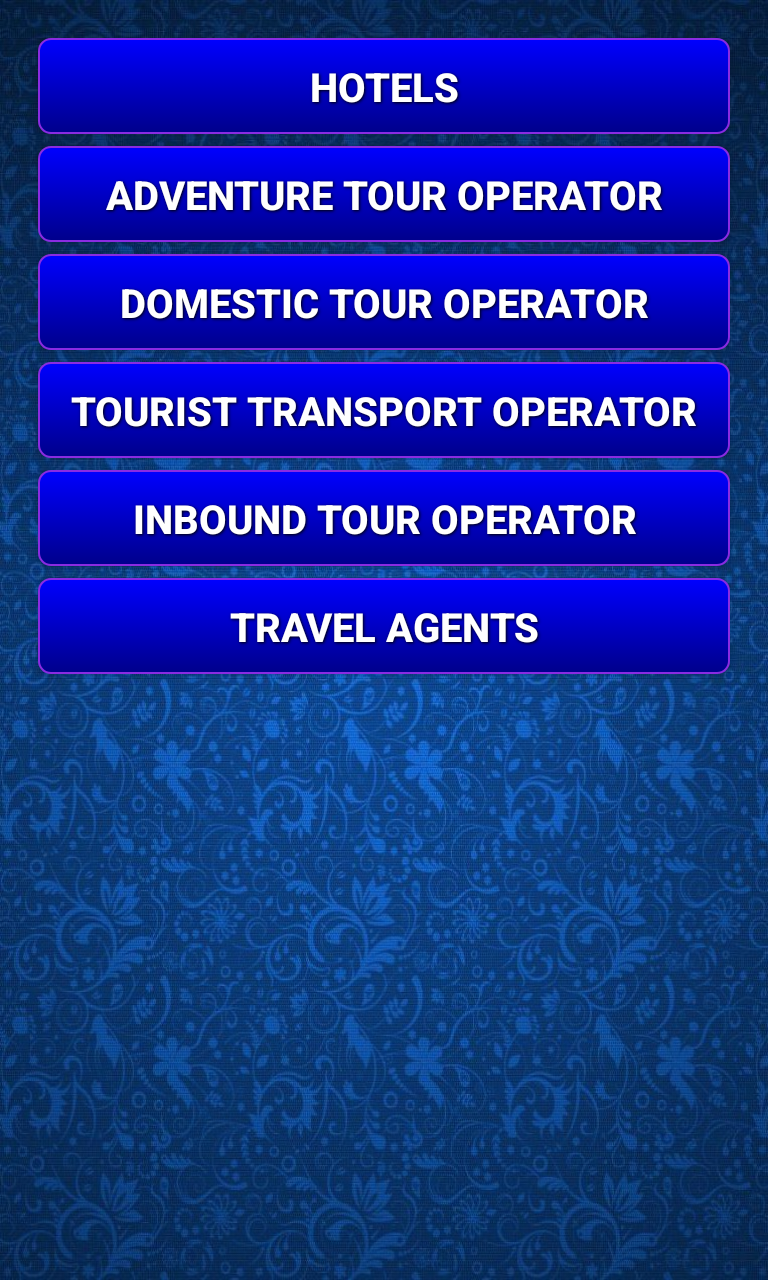
Repository: ayushshah/indsafari
Layout: Indian Safari/res/layout/activity_options_menu.xml
The author's editor kept a copy of each file at every save. The layout is drawn from the files as they stood at one save, then again after the next save.
It is drawn on a 768 x 1280 px phone screen (xhdpi) without system bars, with theme AppTheme; the app's code is not run.

Above is the layout before, as saved 2014-07-27 18:14:40.

### Indian Safari/res/layout/activity_options_menu.xml
<LinearLayout xmlns:android="http://schemas.android.com/apk/res/android"
    xmlns:tools="http://schemas.android.com/tools"
    android:layout_width="match_parent"
    android:layout_height="match_parent"
    android:background="@drawable/back"
    android:orientation="vertical"
    android:paddingBottom="@dimen/activity_vertical_margin"
    android:paddingLeft="@dimen/activity_horizontal_margin"
    android:paddingRight="@dimen/activity_horizontal_margin"
    android:paddingTop="@dimen/activity_vertical_margin"
    tools:context="com.example.pleasework.OptionsMenu" >

    <Button
        style="@style/button_text"
        android:layout_width="match_parent"
        android:layout_height="wrap_content"
        android:background="@drawable/red_button"
        android:onClick="takeToHotels"
        android:text="Hotels" />

    <Button
        style="@style/button_text"
        android:layout_width="match_parent"
        android:layout_height="wrap_content"
        android:background="@drawable/red_button"
        android:onClick="takeToATO"
        android:text="Adventure Tour Operator" />

    <Button
        style="@style/button_text"
        android:layout_width="match_parent"
        android:layout_height="wrap_content"
        android:background="@drawable/red_button"
        android:onClick="takeToDTO"
        android:text="Domestic Tour Operator" />

    <Button
        style="@style/button_text"
        android:layout_width="match_parent"
        android:layout_height="wrap_content"
        android:background="@drawable/red_button"
        android:onClick="takeToTTO"
        android:text="Tourist Transport Operator" />

    <Button
        style="@style/button_text"
        android:layout_width="match_parent"
        android:layout_height="wrap_content"
        android:background="@drawable/red_button"
        android:onClick="takeToITO"
        android:text="Inbound Tour Operator" />

    <Button
        style="@style/button_text"
        android:layout_width="match_parent"
        android:layout_height="wrap_content"
        android:background="@drawable/red_button"
        android:onClick="takeToTA"
        android:text="Travel Agents" />

</LinearLayout>

### Indian Safari/res/values/styles.xml
<resources>

    <!--
        Base application theme, dependent on API level. This theme is replaced
        by AppBaseTheme from res/values-vXX/styles.xml on newer devices.
    -->
    <style name="AppBaseTheme" parent="Theme.AppCompat.Light">
        <!--
            Theme customizations available in newer API levels can go in
            res/values-vXX/styles.xml, while customizations related to
            backward-compatibility can go here.
        -->
    </style>

    <!-- Application theme. -->
    <style name="AppTheme" parent="AppBaseTheme">
        <!-- All customizations that are NOT specific to a particular API-level can go here. -->
    </style>

    <style name="button_text">
        <item name="android:layout_width">fill_parent</item>
        <item name="android:layout_height">wrap_content</item>
        <item name="android:textColor">#ffffff</item>
        <item name="android:gravity">center</item>
        <item name="android:layout_margin">3dp</item>
        <item name="android:textSize">20sp</item>
        <item name="android:textStyle">bold</item>
        <item name="android:shadowColor">#000000</item>
        <item name="android:shadowDx">1</item>
        <item name="android:shadowDy">1</item>
        <item name="android:shadowRadius">2</item>
    </style>

</resources>

### Indian Safari/res/drawable/red_button.xml
<?xml version="1.0" encoding="utf-8"?>
<selector xmlns:android="http://schemas.android.com/apk/res/android">

    <item android:state_pressed="true"><shape>
            <solid android:color="#ef4444" />

            <stroke android:width="1dp" android:color="#992f2f" />

            <corners android:radius="6dp" />

            <padding android:bottom="10dp" android:left="10dp" android:right="10dp" android:top="10dp" />
        </shape></item>
    <item><shape>
            <gradient android:angle="270" android:endColor="@color/DarkBlue" android:startColor="@color/Blue" />

            <stroke android:width="1dp" android:color="@color/BlueViolet" />

            <corners android:radius="6dp" />

            <padding android:bottom="10dp" android:left="10dp" android:right="10dp" android:top="10dp" />
        </shape></item>

</selector>

Loaded but not shown: Indian Safari/res/values-v11/styles.xml (common file); Indian Safari/res/values-v14/styles.xml (common file); Indian Safari/res/values/dimens.xml (common file); Indian Safari/res/values-w820dp/dimens.xml (common file); Indian Safari/res/values/color.xml (common file)

After the next save:
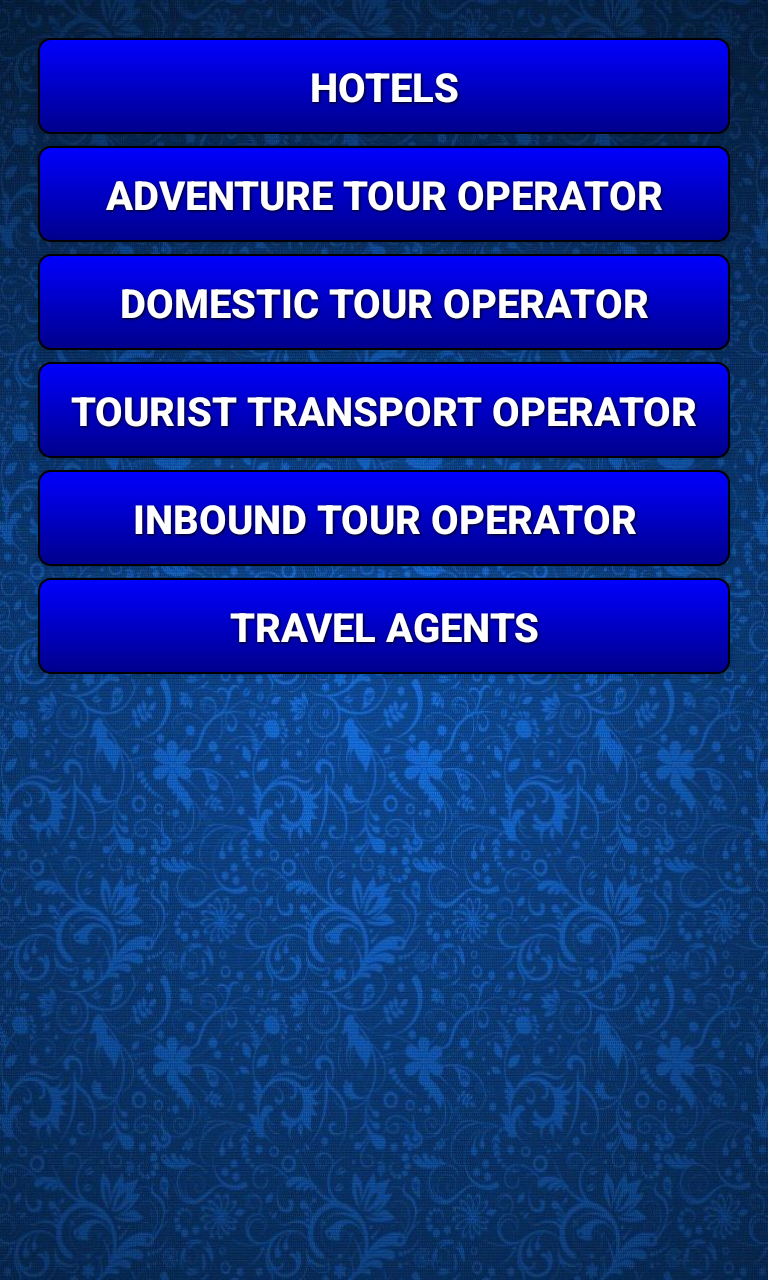
Saved 70 s later.
--- a/Indian Safari/res/drawable/red_button.xml
+++ b/Indian Safari/res/drawable/red_button.xml
@@ -2,7 +2,7 @@
 <selector xmlns:android="http://schemas.android.com/apk/res/android">
 
     <item android:state_pressed="true"><shape>
-            <solid android:color="#ef4444" />
+            <solid android:color="@color/DarkBlue" />
 
             <stroke android:width="1dp" android:color="#992f2f" />
 
@@ -13,7 +13,7 @@
     <item><shape>
             <gradient android:angle="270" android:endColor="@color/DarkBlue" android:startColor="@color/Blue" />
 
-            <stroke android:width="1dp" android:color="@color/BlueViolet" />
+            <stroke android:width="1dp" android:color="@color/Black" />
 
             <corners android:radius="6dp" />
 
